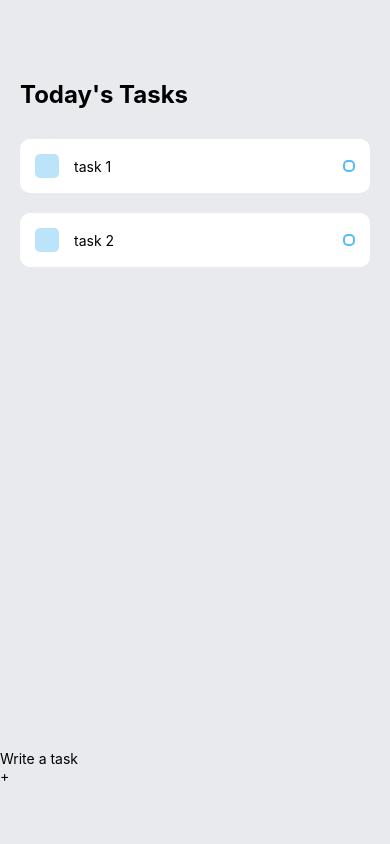
Repository: NT912/TodoList
Screen: /
An editor plug-in stored every save of this project. The screen is shown before and after the next save, followed by the edit.
The app was drawn by React Native's web renderer in a window 390 px wide. The project was rebuilt for these pictures with package versions that can differ from the ones it lists, and the page was loaded fresh each time.

Above is the screen before, as saved 2022-04-16 17:03:26.

After the next save:
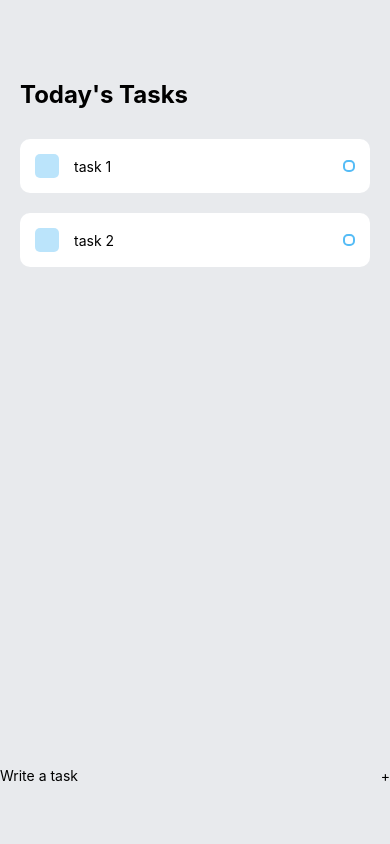
Saved 39 s later.
--- a/App.js
+++ b/App.js
@@ -51,6 +51,9 @@ const styles = StyleSheet.create({
     position: "absolute",
     bottom: 60,
     width: "100%",
+    flexDirection: "row",
+    justifyContent: "space-between",
+    alignItems: "center",
   },
   input: {},
   addWrapper: {},
